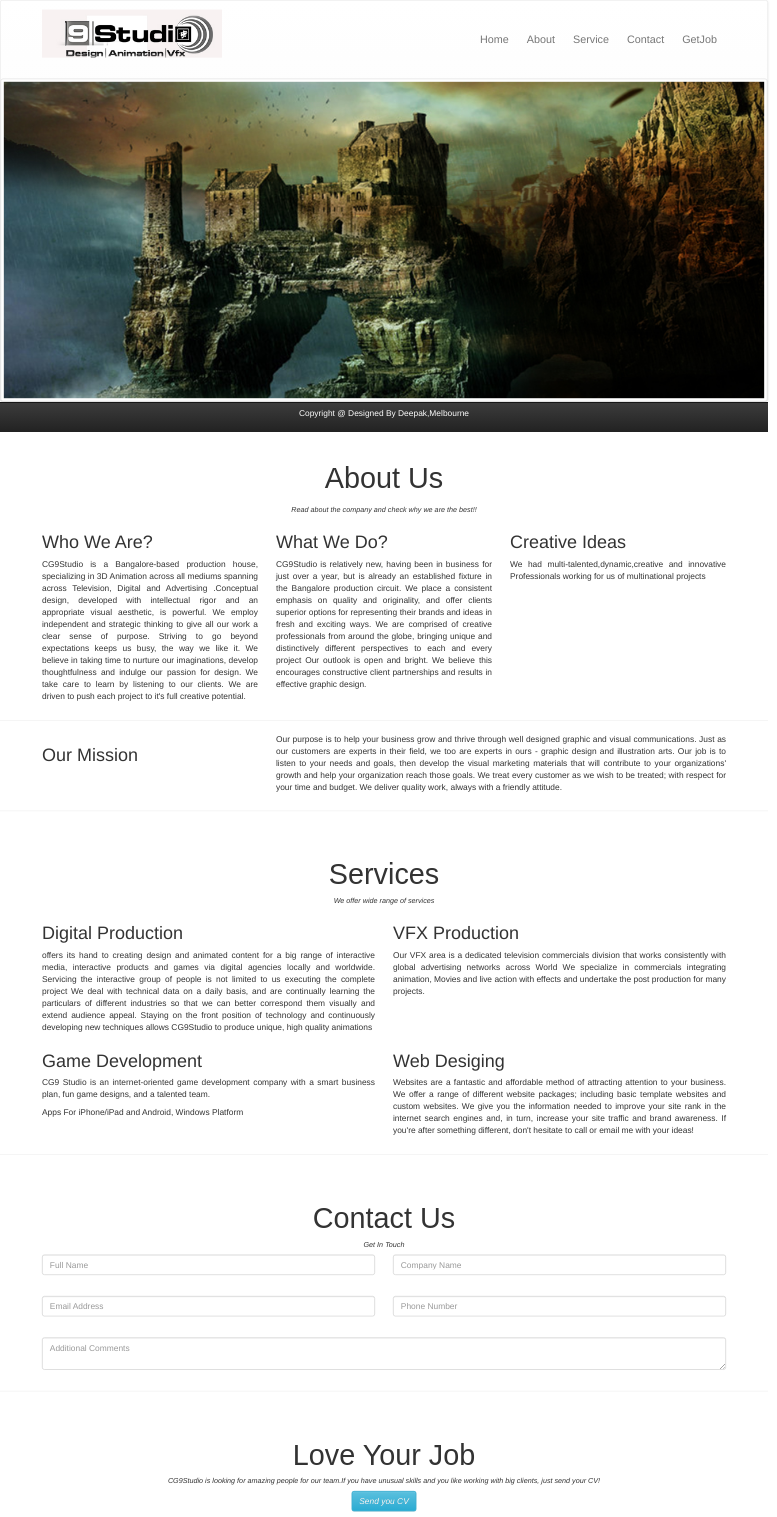
Repository: deepak6sp/BootstrapTheme1
Page: 9studio/WebContent/index.html
An editor plug-in stored every save of this project. The page is shown before and after the next save, followed by the edit.
The browser window is 1280 px wide. The page is 1295 px wide, then 1294 px, so the pictures cover 1295 px, including what lies to the right of the window. The pictures show the whole page, at 60% of full size.
Some web libraries are served in a nearby version.

Above is the page before, as saved 2014-07-23 14:00:03.

After the next save:
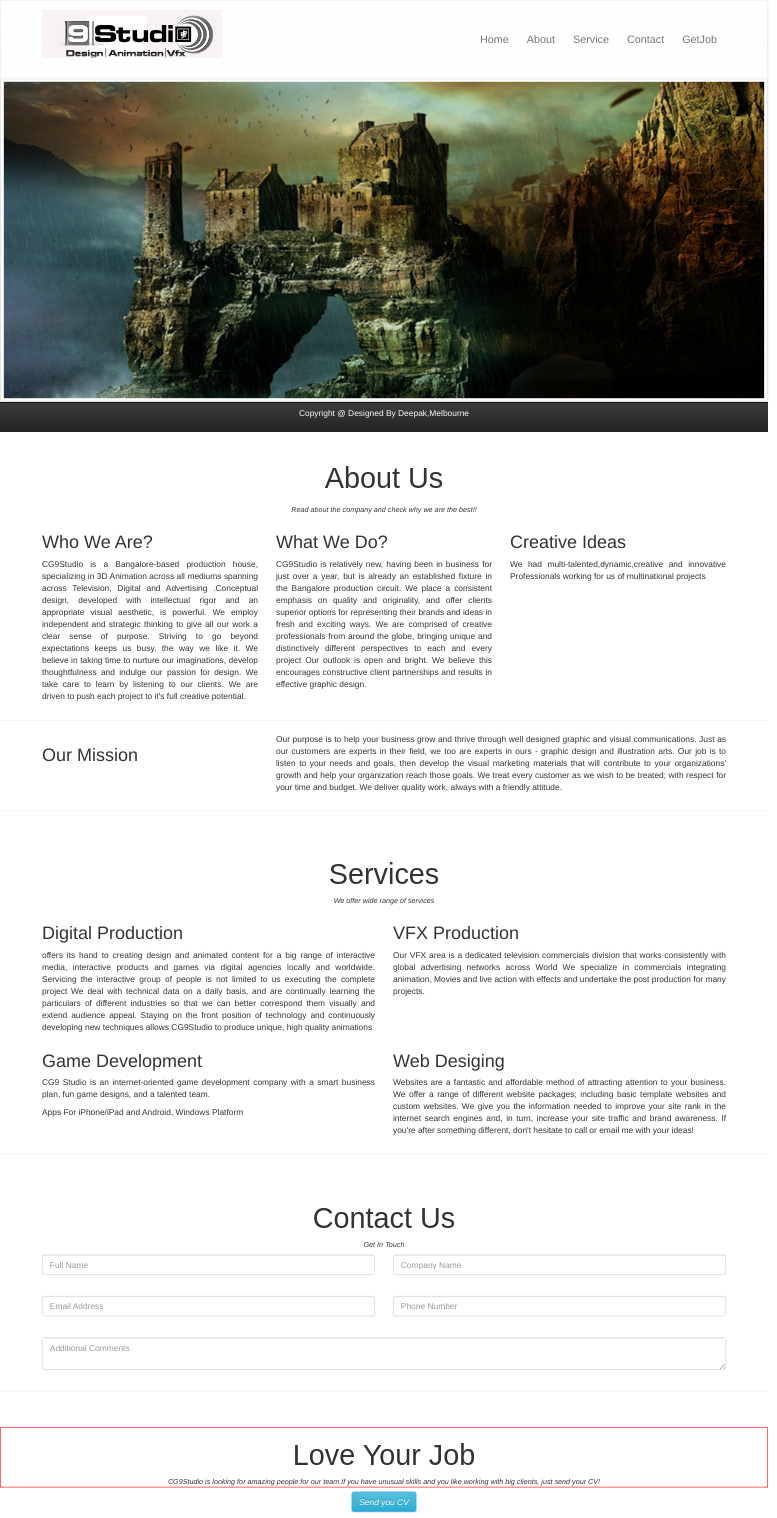
Saved 35 s later.
--- a/9studio/WebContent/index.html
+++ b/9studio/WebContent/index.html
@@ -161,7 +161,7 @@
 
 	<hr><br></br>
 		<section id="getjob">
-			<div id="container" style="height:100px;">
+			<div id="container" style="height:100px; border:1px solid red">
 				<div class="row text-center">
 					<h1 >Love Your Job</h1>
 					<h6 >CG9Studio is looking for amazing people for our team.If you have unusual skills and you like working with big clients, just send your CV!</h6>
